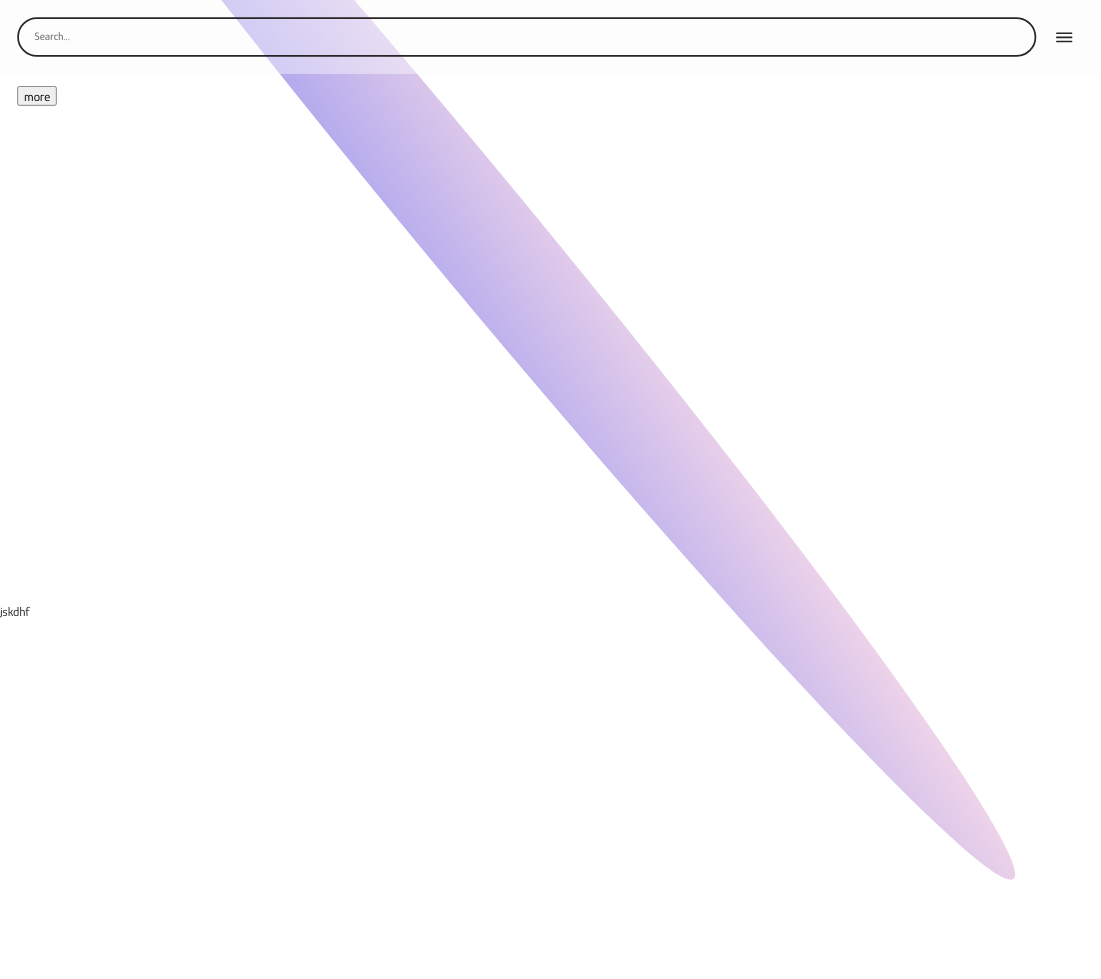
Repository: Axeliriya/my-test
Page: /
These files come from the project's save history. The page is drawn as it stood at one moment and after the next save; the edit follows.
The browser window is 1280 px wide. The pictures show the whole page, at 86% of full size.
The page's requests for data from a server got no answer. The project was rebuilt for these pictures with package versions that can differ from the ones it lists, and the page was loaded fresh each time. No one was signed in, and anything a server would have sent is missing. Also part of the build but not shown: src/components/ProductList/ProductList.tsx, src/components/ProductItem/ProductItem.tsx.

Above is the page before, as saved 2022-04-05 15:47:15.

### public/index.html
<!DOCTYPE html>
<html lang="en">
  <head>
    <meta charset="utf-8" />
    <link rel="icon" href="%PUBLIC_URL%/favicon.ico" />
    <meta name="viewport" content="width=device-width, initial-scale=1" />
    <meta name="theme-color" content="#9796F0" />
    <title>React App</title>
  </head>
  <body>
    <div id="root"></div>
  </body>
</html>

### src/index.tsx
import { createRoot } from 'react-dom/client';
import { App } from './components';
import './assets/styles/main.scss';

const root = createRoot(document.getElementById('root') as HTMLDivElement);
root.render(<App />);

### src/components/index.ts
export * from './App/App';
export * from './Layout/Layout';
export * from './Header/Header';
export * from './Button/Button';
export * from './Input/Input';
export * from './ProductList/ProductList';
export * from './ProductItem/ProductItem';
export * from './Main/Main';

### src/assets/styles/main.scss
@import './base/normalize';
@import './base/fonts';
@import './utils/variables';
@import './utils/mixins';
@import './utils/placeholder';
@import './base/body';

### src/components/App/App.tsx
import { useEffect, useState } from 'react';
import { Layout, ProductList } from '..';
import { ProductModel } from '../../interfaces/product.interface';
import { getProducts } from '../../services/api-service';
import styles from './App.module.scss';
// import { AppProps } from './App.props';

export const App = (): JSX.Element => {
  return (
    <div className={styles.app}>
      <Layout />
    </div>
  );
};

### src/components/Layout/Layout.tsx
import { Header, Input, Main } from '..';
import styles from './Layout.module.scss';
import { LayoutProps } from './Layout.props';

export const Layout = ({ children }: LayoutProps): JSX.Element => {
  return (
    <div className={styles.layout}>
      <Header>
        <Input placeholder="Search..." />
      </Header>
      <Main />
      <footer className={styles.main}>jskdhf</footer>
    </div>
  );
};

### src/components/Header/Header.tsx
/* eslint-disable no-constant-condition */
import styles from './Header.module.scss';
import { HeaderProps } from './Header.props';
import { ReactComponent as Burger } from './burger.svg';
import { ReactComponent as Search } from './search.svg';
import { Button } from '..';

export const Header = ({ children, ...props }: HeaderProps): JSX.Element => {
  return (
    <header className={styles.header} {...props}>
      <div className={styles.wrapper}>
        {false ? (
          <>
            <a className={styles.logo} href="/">
              Сlothes
            </a>
            <Button>
              <Search />
            </Button>
          </>
        ) : (
          <div className={styles.input}>{children}</div>
        )}
      </div>
      <Button>
        <Burger />
      </Button>
    </header>
  );
};

### src/components/Button/Button.tsx
import styles from './Button.module.scss';
import { ButtonProps } from './Button.props';
import cn from 'classnames';

export const Button = ({
  appearance,
  children,
  className,
  ...props
}: ButtonProps) => {
  return (
    <button
      className={cn(styles.button, className, {
        [styles.primary]: appearance === 'primary',
        [styles.green]: appearance === 'green',
        [styles.ghost]: appearance === 'ghost',
      })}
      {...props}
    >
      {children}
    </button>
  );
};

### src/components/Input/Input.tsx
import styles from './Input.module.scss';
import { InputProps } from './Input.props';
import cn from 'classnames';

export const Input = ({ className, ...props }: InputProps): JSX.Element => {
  return <input className={cn(styles.input, className)} {...props} />;
};

### src/components/Main/Main.tsx
import { useEffect, useState } from 'react';
import { ProductList } from '..';
import { ProductModel } from '../../interfaces/product.interface';
import { getProducts } from '../../services/api-service';
import styles from './Main.module.scss';

export const Main = (): JSX.Element => {
  const [products, setProducts] = useState<ProductModel[]>();
  const [fullList, setFullist] = useState<ProductModel[]>();
  const [page, setPage] = useState<number>(1);

  useEffect(() => {
    const fetch = async () => {
      const { data } = await getProducts();
      setFullist(data?.data?.products);

      const productList = getListByPage(page, data?.data?.products);

      setProducts(productList);
    };
    fetch();
  }, [page]);

  function getListByPage(pageNumber: number, fullList: ProductModel[]) {
    if (pageNumber < 1) return [];

    const itemsPerPage = 10;
    const start = (pageNumber - 1) * itemsPerPage;
    const end = start + itemsPerPage;
    return fullList.slice(start, end);
  }

  const onClickPage = (nextPage: number) => {
    setPage((nextPage += 1));
    fullList && getListByPage(page, fullList);
  };
  return (
    <main className={styles.main}>
      {products && <ProductList products={products} />}
      {/* <ul>
    {products?.map(product => (
      <li key={product.name}>{product.name}</li>
    ))}
  </ul> */}
      <button onClick={() => onClickPage(page)}>more</button>
      <div className={styles.bg} />
    </main>
  );
};

### src/assets/styles/base/_fonts.scss
@font-face {
  font-family: 'Glory';
  font-style: normal;
  font-weight: 400;
  src: url('../../fonts/glory-regular.woff2') format('woff2'),
    url('../../fonts/glory-regular.ttf') format('ttf');
}

@font-face {
  font-family: 'Glory';
  font-style: normal;
  font-weight: 500;
  src: url('../../fonts/glory-medium.woff2') format('woff2'),
    url('../../fonts/glory-medium.ttf') format('ttf');
}

@font-face {
  font-family: 'Glory';
  font-style: normal;
  font-weight: 600;
  src: url('../../fonts/glory-semibold.woff2') format('woff2'),
    url('../../fonts/glory-semibold.ttf') format('ttf');
}

@font-face {
  font-family: 'Glory';
  font-style: normal;
  font-weight: 700;
  src: url('../../fonts/glory-bold.woff2') format('woff2'),
    url('../../fonts/glory-bold.ttf') format('ttf');
}

### src/assets/styles/utils/_variables.scss
$primary-color: #ffffff;
$primary-text-color: #272525;
$alternate-bg-color: #eef1f6;
$secondery-text-color: #454747;
$secondery-color: #3c336c;
$accent-color: #309f85;
$light-color: #c4c4c4;
$main-gradient: linear-gradient(38.95deg, #9796f0 -10.38%, #ffe0e8 107.56%);

$cubic: 250ms cubic-bezier(0.4, 0, 0.2, 1);

$font: Glory, sans-serif;

### src/assets/styles/utils/_mixins.scss
@mixin font($weight, $size, $line-height: 1.3, $family: $font) {
  font-family: $family;
  font-weight: $weight;
  font-size: $size;
  line-height: $line-height;
}

### src/assets/styles/utils/_placeholder.scss
%link {
  text-decoration: none;
}

%list {
  list-style: none;
  margin: 0;
  padding: 0;
}

%input {
  @include font(500, 13px, 1.4);
  padding: 12px 18px;
  background: transparent;
  color: $primary-text-color;
  border: 2px solid $primary-text-color;
  border-radius: 50px;
}

%btn-icon {
  padding: 10px;
  background-color: transparent;
  border: 1px solid transparent;
  border-radius: 5px;
  cursor: pointer;
  transition: all $cubic;
}

%btn {
  @include font(500, 13px, 1.4);
  color: $primary-color;
  padding: 12px 18px;
  border-radius: 50px;
}

### src/assets/styles/base/_body.scss
img {
  display: block;
  width: 100%;
  height: auto;
}

body {
  margin: 0;
  background-color: $primary-color;
  color: $primary-text-color;
  @include font(400, 15px);
}

code {
  font-family: source-code-pro, Menlo, Monaco, Consolas, 'Courier New',
    monospace;
}

### src/components/App/App.module.scss
// .app {
//   min-height: 100vh;
//   display: grid;
//   grid-template-rows: 1fr;
// }

@media screen and (min-width: 520px) {
  .app {
    grid-template-columns: auto 1fr auto;
  }
}

@media screen and (min-width: 682px) {
  .app {
    grid-template-columns: auto 665px auto;
  }
}

### src/components/Layout/Layout.module.scss
.layout {
  display: grid;
  grid-template-columns: auto 1fr auto;
  grid-template-rows: 1fr auto;
  min-height: 100vh;
}

.footer {
  grid-column: 1 / -1;
}

@media screen and (min-width: 520px) {
  .app {
    grid-template-columns: auto 1fr auto;
  }
}

@media screen and (min-width: 682px) {
  .app {
    grid-template-columns: auto 665px auto;
  }
}

### src/components/Header/Header.module.scss
@import '../../assets/styles/main.scss';

.header {
  position: fixed;
  width: 100%;
  display: flex;
  justify-content: space-between;
  align-items: center;
  background: rgba(250, 251, 253, 0.44);
  padding: 20px;
}

.wrapper {
  width: 100%;
  display: flex;
  justify-content: space-between;
  align-items: center;
  margin-right: 10px;
}

.logo {
  @extend %link;
  font-weight: 700;
  font-size: 36px;
  line-height: 105.5%;
  color: $primary-text-color;
  &:hover {
    color: $secondery-text-color;
  }
}

.input {
  width: 100%;
}

// @media screen and (min-width: 520px) {
//   .app {
//     grid-template-columns: auto 1fr auto;
//   }
// }

// @media screen and (min-width: 682px) {
//   .app {
//     grid-template-columns: auto 665px auto;
//   }
// }

### src/components/Button/Button.module.scss
@import '../../assets/styles/main.scss';

.button {
  @extend %btn-icon;
}

.button svg {
  display: block;
  width: 100%;
  height: auto;
}

.primary,
.green,
.ghost {
  @extend %btn;
  background-color: $secondery-color;
  &:hover {
    padding: 14px 20px;
    box-shadow: 0px 20px 50px rgba(0, 0, 0, 0.1);
    border-radius: 55px;
  }
}

.green {
  background-color: $accent-color;
}

.ghost {
  background-color: $light-color;
}

### src/components/Input/Input.module.scss
@import '../../assets/styles/main.scss';

.input {
  width: 100%;
  @extend %input;
  &:focus {
    border: 1px solid $primary-text-color;
  }
}

### src/components/ProductList/ProductList.module.scss
@import '../../assets/styles/main.scss';

.users {
  display: grid;
  gap: 12px;

  @extend %list;
}

### src/services/api-service.ts
import axios from 'axios';

axios.defaults.baseURL = `https://artisant.io/api`;

export const getProducts = async () => {
  return await axios.get(`/products`);
};

### src/components/Main/Main.module.scss
@import '../../assets/styles/main.scss';

.main {
  padding: 100px 20px 20px 20px;
  grid-column: 1 / -1;
}

.bg {
  position: absolute;
  top: 0;
  left: -100px;
  z-index: -1;
  width: 100%;
  height: 500px;
  background: $main-gradient;
  transform: skew(10deg, 50deg) scale(1, 0.5);
  border-radius: 50%;
  overflow: hidden;
}

@media screen and (min-width: 520px) {
  // .main {
  //   grid-template-columns: auto 1fr;
  //   grid-template-rows: 1fr;
  //   grid-column: 2 / 3;
  // }
}

Loaded but not shown: src/assets/styles/base/_normalize.scss (common file)

After the next save:
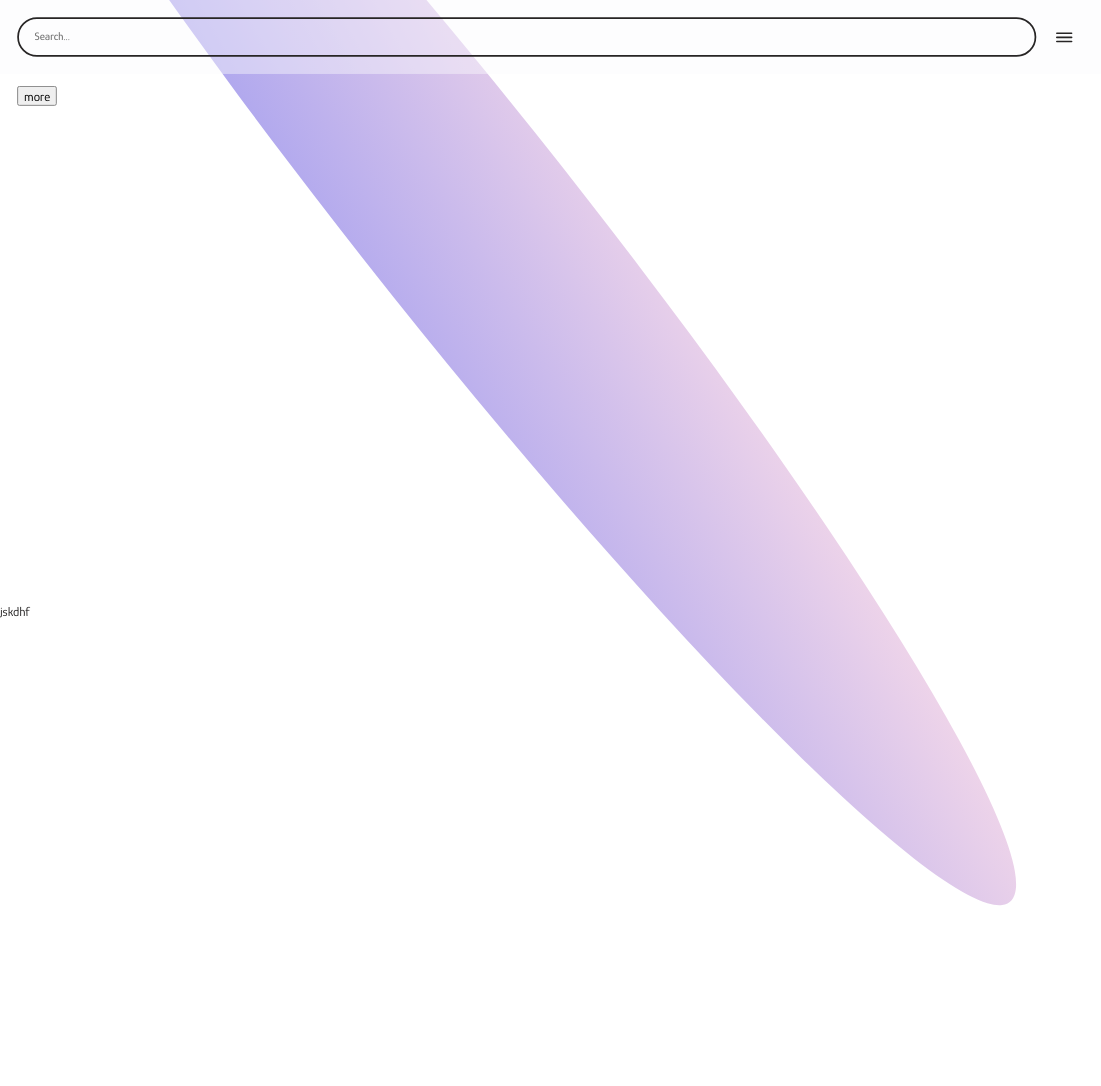
Saved 12 s later.
--- a/src/components/Main/Main.module.scss
+++ b/src/components/Main/Main.module.scss
@@ -13,7 +13,7 @@
   width: 100%;
   height: 500px;
   background: $main-gradient;
-  transform: skew(10deg, 50deg) scale(1, 0.5);
+  transform: skew(10deg, 50deg) scale(1, 1);
   border-radius: 50%;
   overflow: hidden;
 }
